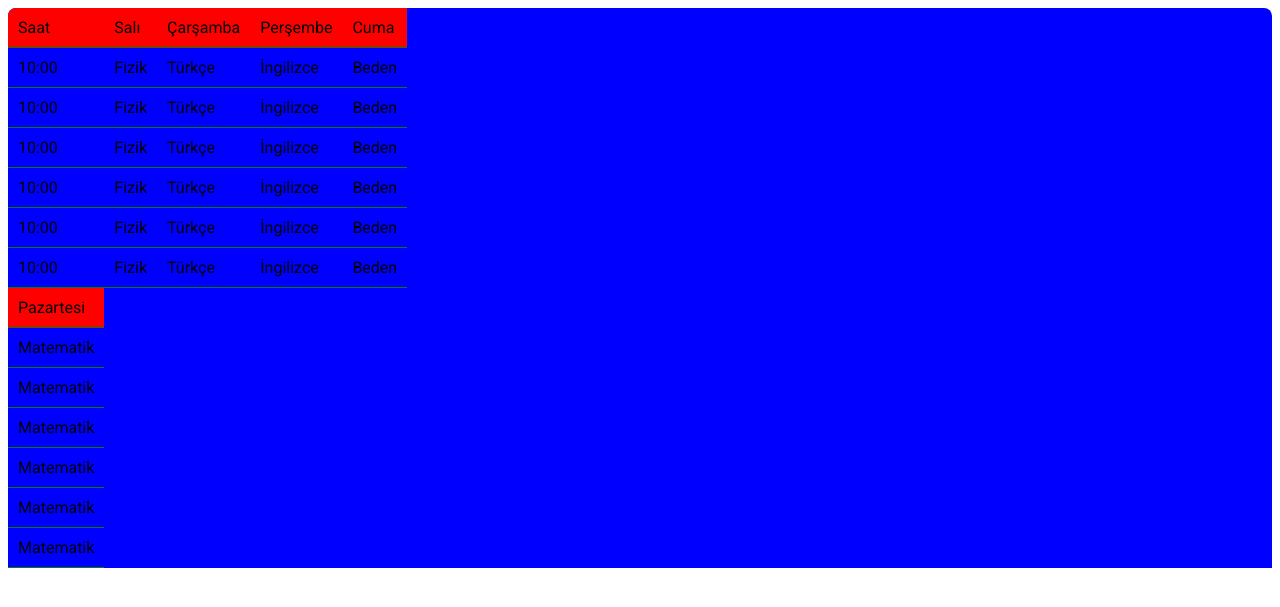
Repository: ahmetbugraozcan/css-ders-programi
Page: deneme2.html
These files come from the project's save history. The page is drawn as it stood at one moment and after the next save; the edit follows.
The browser window is 1280 px wide. The pictures show the whole page.

Above is the page before, as saved 2021-07-10 14:45:08.

After the next save:
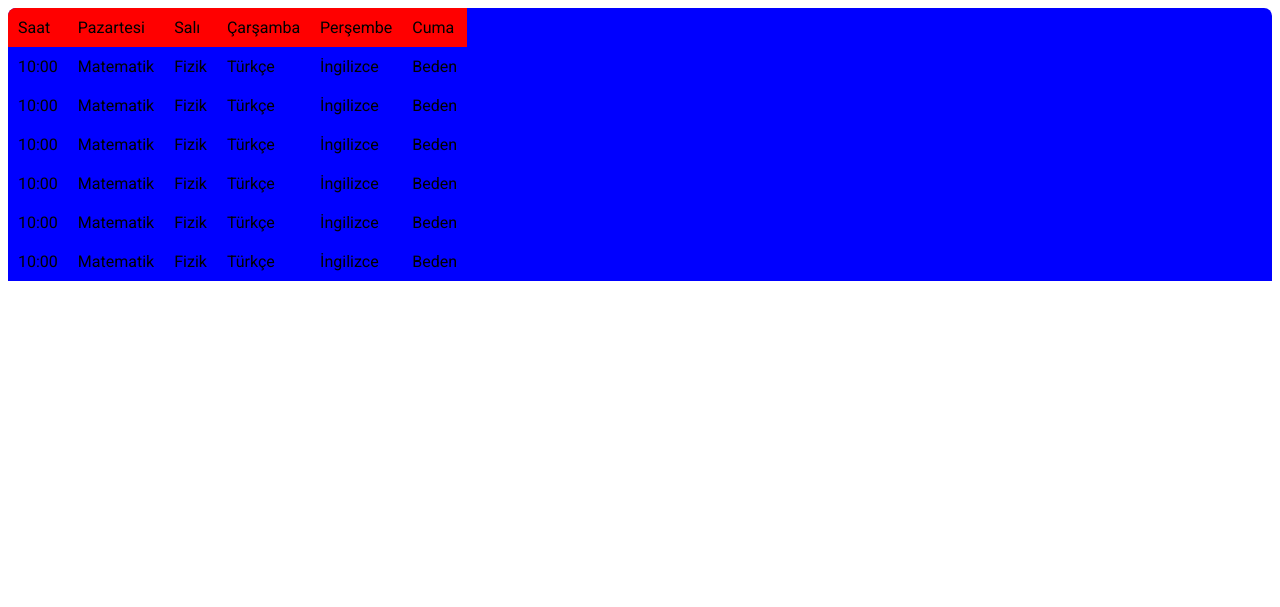
Saved 10 s later.
--- a/deneme2.html
+++ b/deneme2.html
@@ -27,7 +27,7 @@
         }
 
         .row>div>div {
-            flex:1;
+            flex:1
             border-bottom: 1px solid green;
         }
 
@@ -48,6 +48,8 @@
             <div>10:00</div>
             <div>10:00</div>
             <div>10:00</div>
+        </div>
+        <div>
             <div class="head"> Pazartesi</div>
             <div>Matematik</div>
             <div>Matematik</div>
